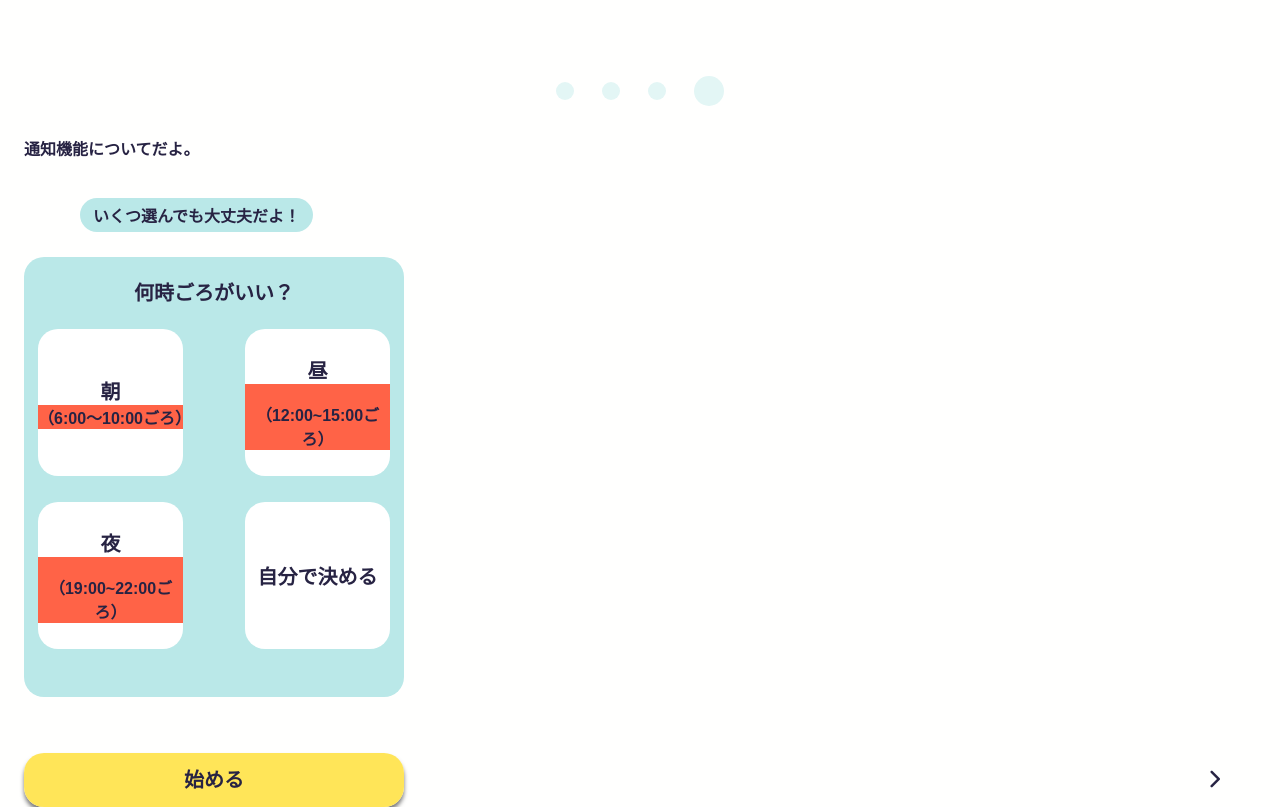
Repository: misaki0919/Self-care
Page: notice.html
The author's editor kept a copy of each file at every save. The page is drawn from the files as they stood at one save, then again after the next save.
The browser window is 1280 px wide. The pictures show the whole page.
Some web fonts or font styles are not loaded; a fallback is used.

Above is the page before, as saved 2026-07-20 18:34:56.

After the next save:
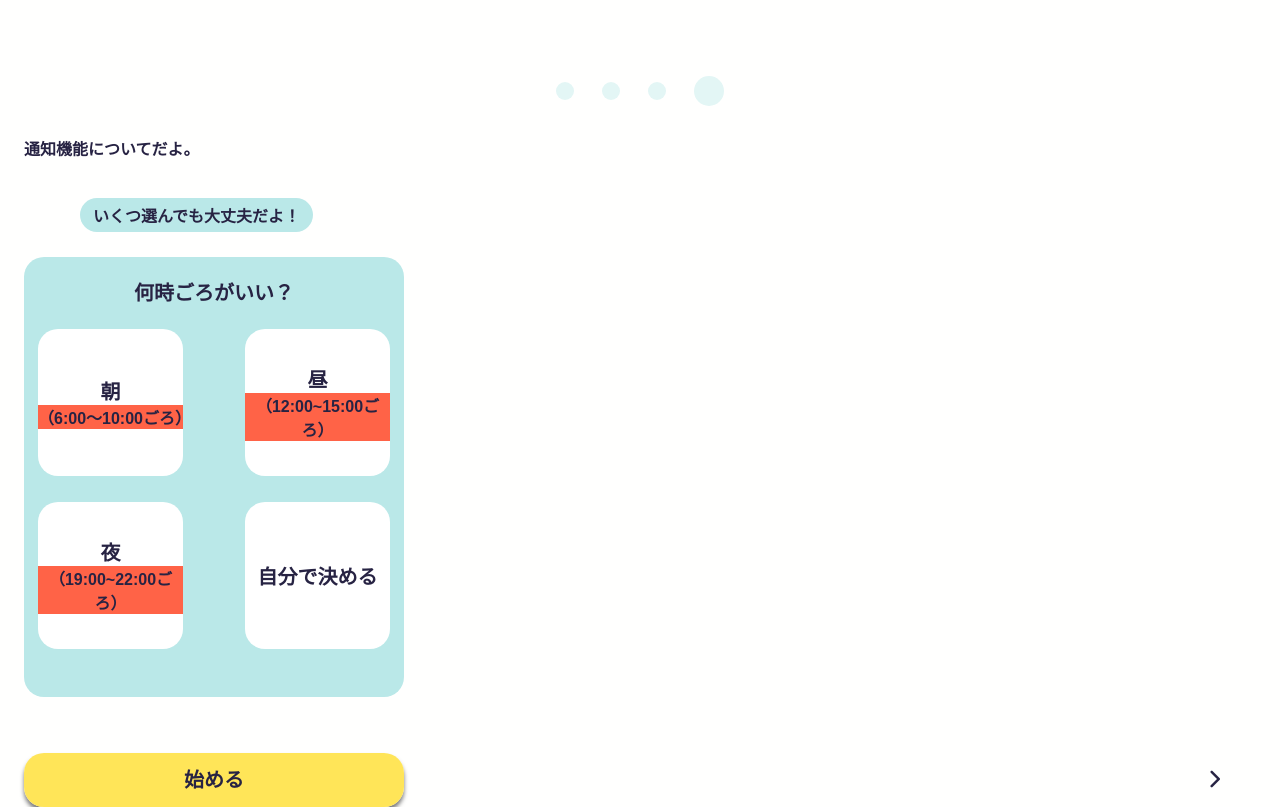
Saved 11 s later.
--- a/notice.html
+++ b/notice.html
@@ -34,14 +34,14 @@
                 <input type="checkbox" id="todo2">
                 <label for="todo2">
                 昼
-                <span><br>（12:00~15:00ごろ）</span>
+                <span>（12:00~15:00ごろ）</span>
                 </label>
             </li>
             <li>
                 <input type="checkbox" id="todo3">
                 <label for="todo3">
                 夜
-                <span><br>（19:00~22:00ごろ）</span>
+                <span>（19:00~22:00ごろ）</span>
                 </label>
             </li>
             <li>
